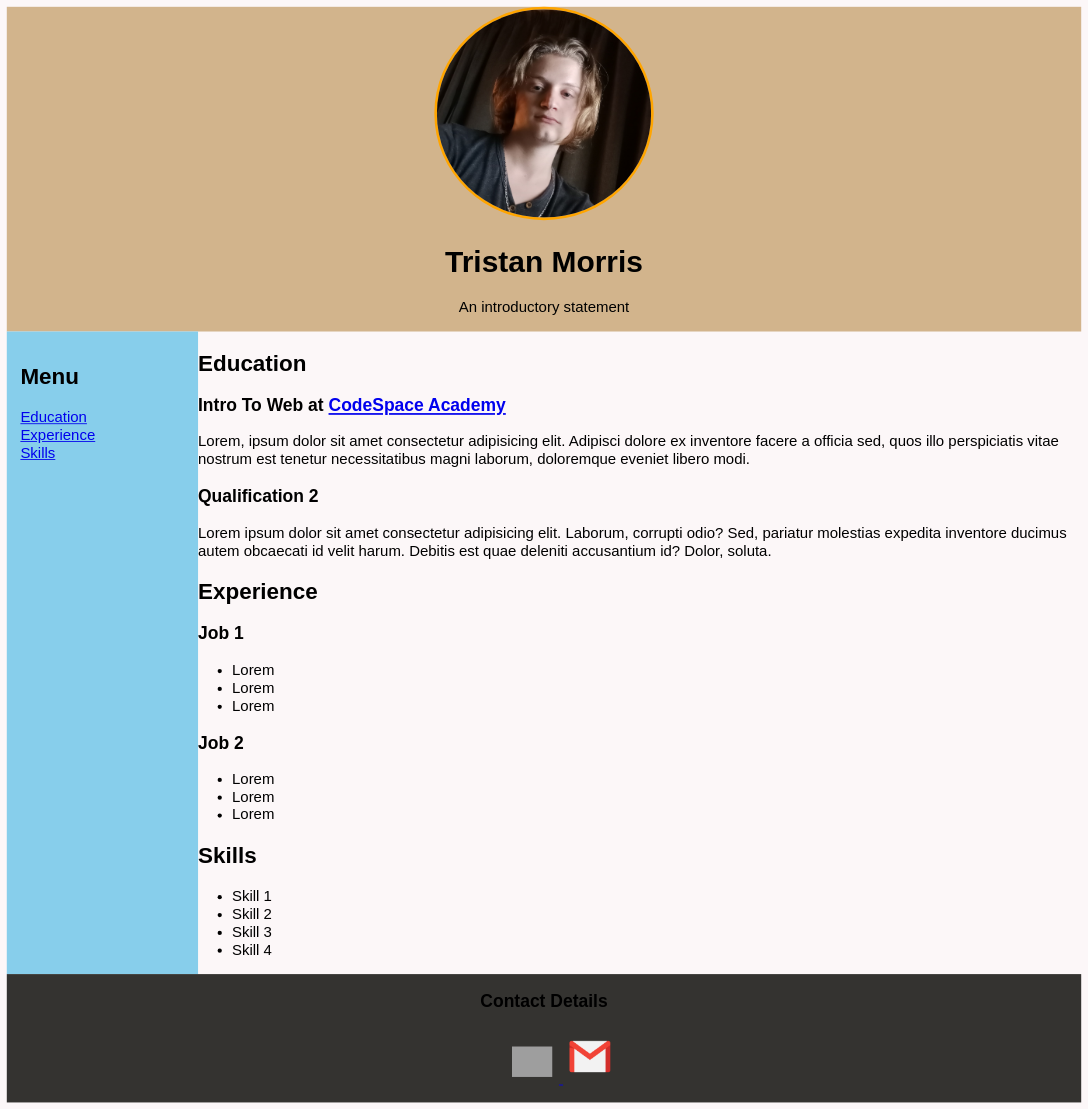
Repository: TristanKMorris/introToWebDesignAssignment
Page: resume1.html
The author's editor kept a copy of each file at every save. The page is drawn from the files as they stood at one save, then again after the next save.
The browser window is 1280 px wide. The pictures show the whole page, at 85% of full size.
Pictures or frames that could not be fetched are drawn as grey boxes.

Above is the page before, as saved 2022-06-02 20:04:03.

### resume1.html

<!DOCTYPE html>
<html
  <head>
    <title>My first web page</title>

    <link rel="stylesheet" type="text/css" href="css/stylesheet.css">
  </head>

  <body>

  <header id="heading">
        <img src="images/tristanPortrait.jpg"
        alt="Tristan Morris Portrait"
        id="profilePhoto"/>
        <h1>Tristan Morris</h1>
        <p>An introductory statement</p>

  </header>

<main class="main">

     <div id="sidebar">
  <nav>

    <h2>Menu</h2>

    <ul class="navMenu">
      <li><a href="#education">Education</a></li>
      <li><a href="#experience">Experience</a></li>
      <li><a href="#skills">Skills</a></li>
    </ul>
  </nav>

  </div>

  <div class="content">

    <h2 id="education">Education</h2>
    <h3>
      Intro To Web at <a href="http://codespace.co.za/">CodeSpace Academy</a>
    </h3>
    <p>
      Lorem, ipsum dolor sit amet consectetur adipisicing elit. Adipisci dolore
      ex inventore facere a officia sed, quos illo perspiciatis vitae nostrum
      est tenetur necessitatibus magni laborum, doloremque eveniet libero modi.
    </p>
    <h3>Qualification 2</h3>
    <p>
      Lorem ipsum dolor sit amet consectetur adipisicing elit. Laborum, corrupti
      odio? Sed, pariatur molestias expedita inventore ducimus autem obcaecati
      id velit harum. Debitis est quae deleniti accusantium id? Dolor, soluta.
    </p>
    <h2 id="experience">Experience</h2>
    <h3>Job 1</h3>
    <ul>
      <li>Lorem</li>
      <li>Lorem</li>
      <li>Lorem</li>
    </ul>
    <h3>Job 2</h3>
    <ul>
      <li>Lorem</li>
      <li>Lorem</li>
      <li>Lorem</li>
    </ul>
    <h2 id="skills">Skills</h2>
    <ul>
      <li>Skill 1</li>
      <li>Skill 2</li>
      <li>Skill 3</li>
      <li>Skill 4</li>
    </ul>

    </div>
</main>

<footer>

      <h3>Contact Details</h3>
      <ul>
         <a href="http://www.instagram.com/tristan_k_morris">
           <img class="icons" src="images/instagramIcon.png" alt="Tristan Morris Instagram">

         </a>
         <a href="http://mail.google.com">
           <img class="icons" src="images/gmailIcon.png" alt="Tristan Morris Email">
         </a>
      </ul>

    </footer>


  </body>
</html>

### css/stylesheet.css
body{
  font-family: sans-serif;
  font-size:110%;
  background-color: #FCF7F8;
  display: flex;
  flex-direction: column;
}

.main{
  display: flex;
  flex-direction: row;
  overflow: unset;
}

#profilePhoto{
  width: 20%;
  height: 20%;
  border-radius: 50%;
  border: 3px solid orange;
}

header {
  text-align: center;
  justify-content: center;
}
#heading{
  font-family: sans-serif;
  font: size 110%;
  background-color: tan;
}

footer {
  background-color: #343330;
  text-align: center;
}
#sidebar{
  width: 25%;
  background-color: skyblue;
  padding: 1rem;
  color: black;
}
.navMenu{
  list-style-type: none;
  padding: 0%;
}

.icons{
  width: 3rem;
  margin: 0.5rem;
  height: auto;
}

After the next save:
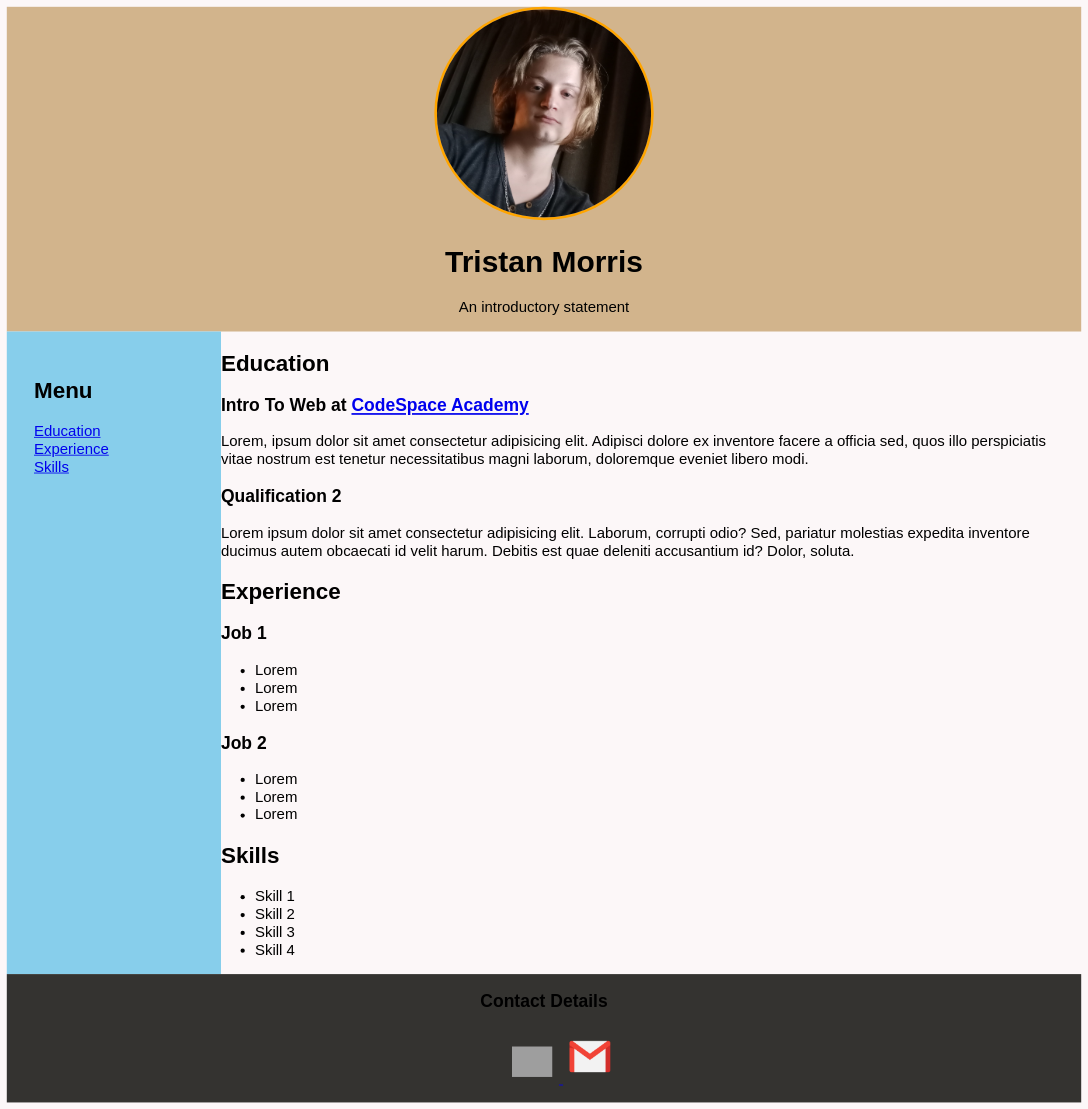
Saved 33 s later.
--- a/css/stylesheet.css
+++ b/css/stylesheet.css
@@ -36,7 +36,7 @@
 #sidebar{
   width: 25%;
   background-color: skyblue;
-  padding: 1rem;
+  padding: 2rem;
   color: black;
 }
 .navMenu{

After the save that followed:
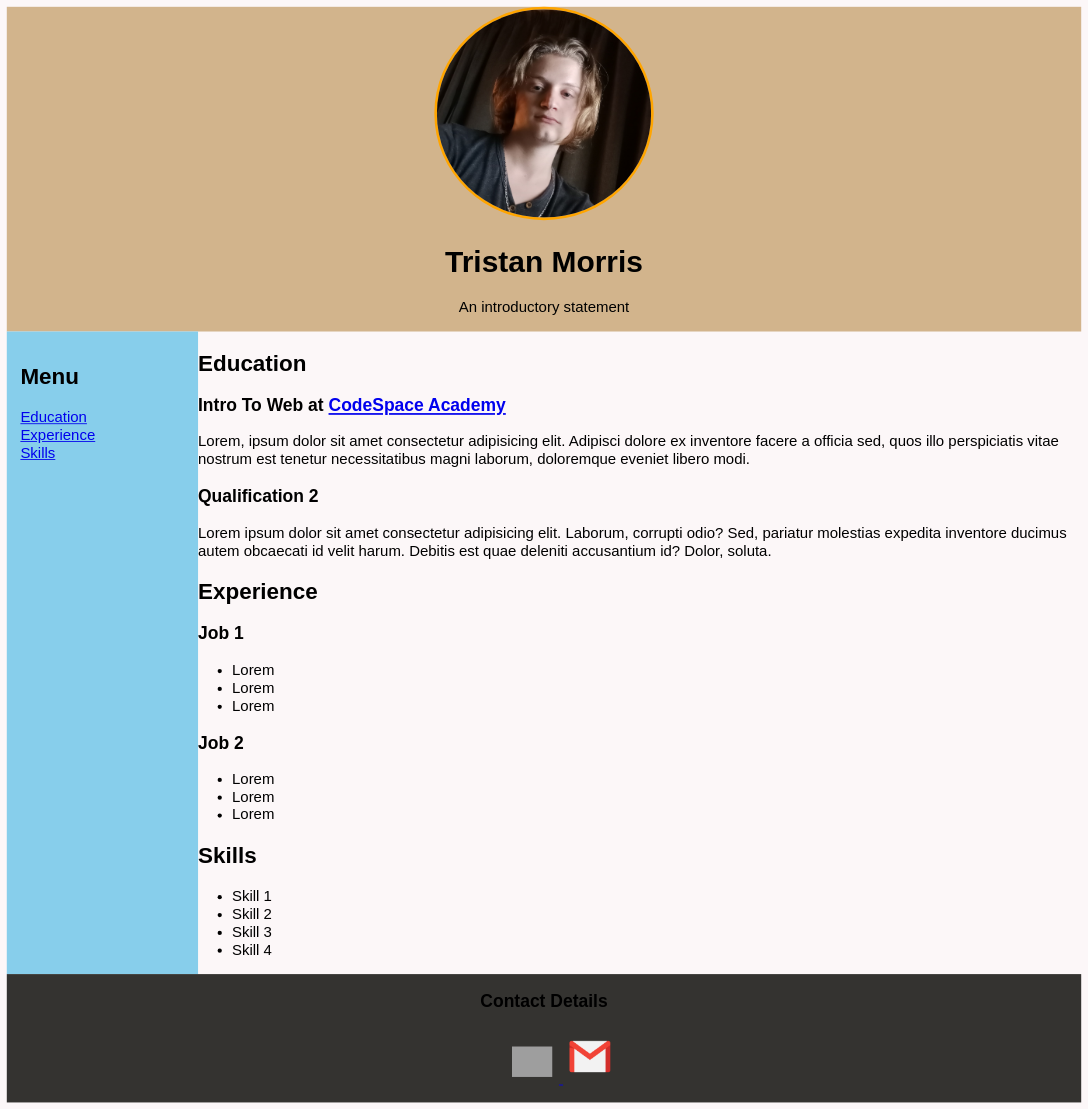
Saved 4 s later.
--- a/css/stylesheet.css
+++ b/css/stylesheet.css
@@ -36,7 +36,7 @@
 #sidebar{
   width: 25%;
   background-color: skyblue;
-  padding: 2rem;
+  padding: 1rem;
   color: black;
 }
 .navMenu{
